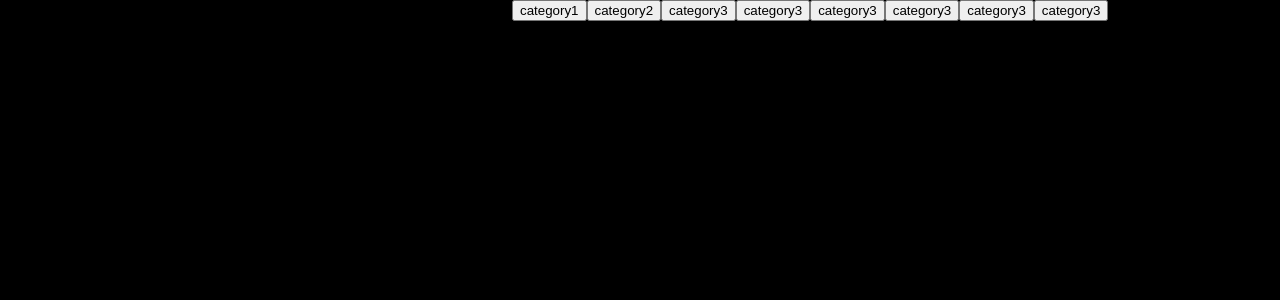
Repository: drumsmanku/react-capstone-project-2
Page: /categories
An editor plug-in stored every save of this project. The page is shown before and after the next save, followed by the edit.
The browser window is 1280 px wide. The pictures show the whole page.
Some web fonts or font styles are not loaded; a fallback is used. The project was rebuilt for these pictures with package versions that can differ from the ones it lists, and the page was loaded fresh each time. Also part of the build but not shown: src/components/RegistrationPage.js, src/components/SubmitSuccess.js.

Above is the page before, as saved 2023-05-22 19:38:20.

After the next save:
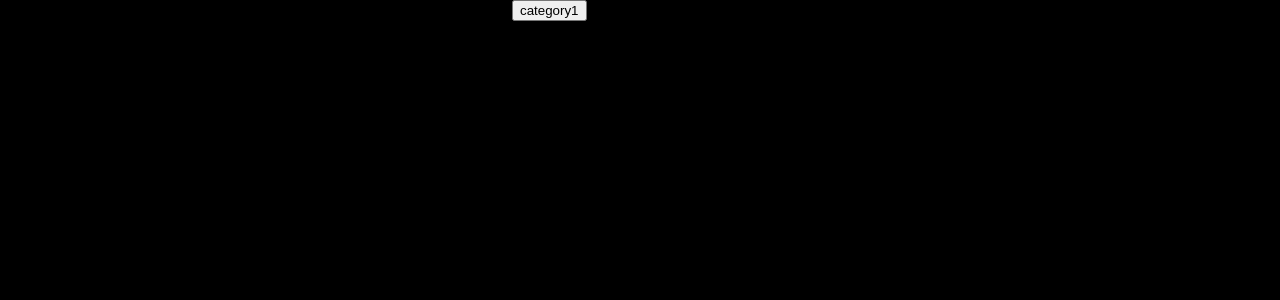
Saved 81 min 33 s later.
--- a/src/App.js
+++ b/src/App.js
@@ -4,7 +4,7 @@ import SubmitSuccess from './components/SubmitSuccess';
 import CategoriesPage from './components/CategoriesPage';
 import { BrowserRouter as Router, Route, Routes} from 'react-router-dom';
 function App() {
-  const categories=['category1', 'category2','category3','category3','category3','category3','category3','category3',];
+  const categories=['category1' ];
   return (
     <div className='App'>
       <Router>
